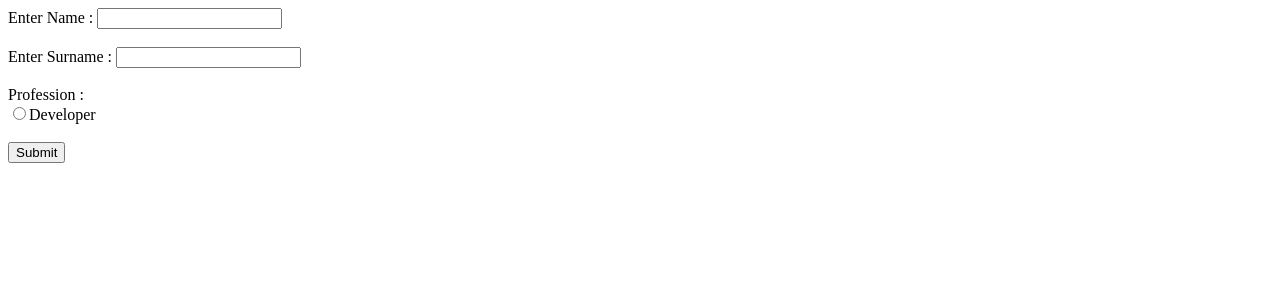
Repository: PhMandar/eclipse_oxy_ws
Page: SimpleServletProject/WebContent/SimpleForm.html
These files come from the project's save history. The page is drawn as it stood at one moment and after the next save; the edit follows.
The browser window is 1280 px wide. The pictures show the whole page.

Above is the page before, as saved 2017-12-07 03:47:33.

After the next save:
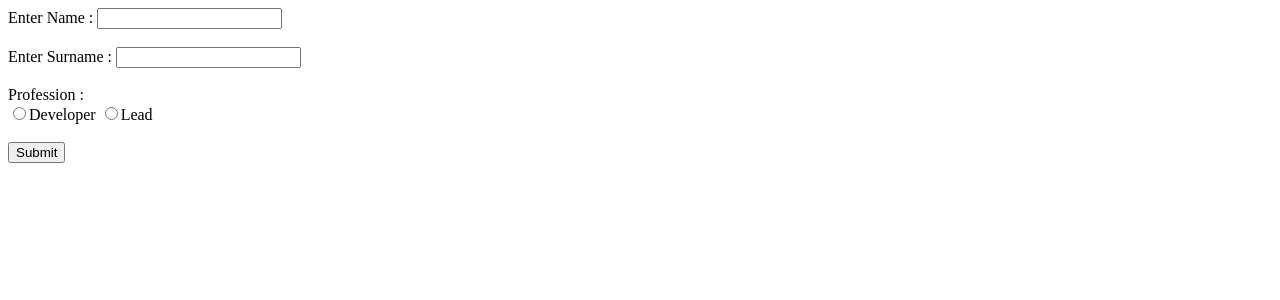
Saved 17 s later.
--- a/SimpleServletProject/WebContent/SimpleForm.html
+++ b/SimpleServletProject/WebContent/SimpleForm.html
@@ -11,6 +11,7 @@
 		<br><br>
 		Profession : <br>
 		<input type="radio" value="developer" name="profession"/>Developer
+		<input type="radio" value="developer" name="lead"/>Lead
 
 		<br><br>
 		<input type="submit"/>
